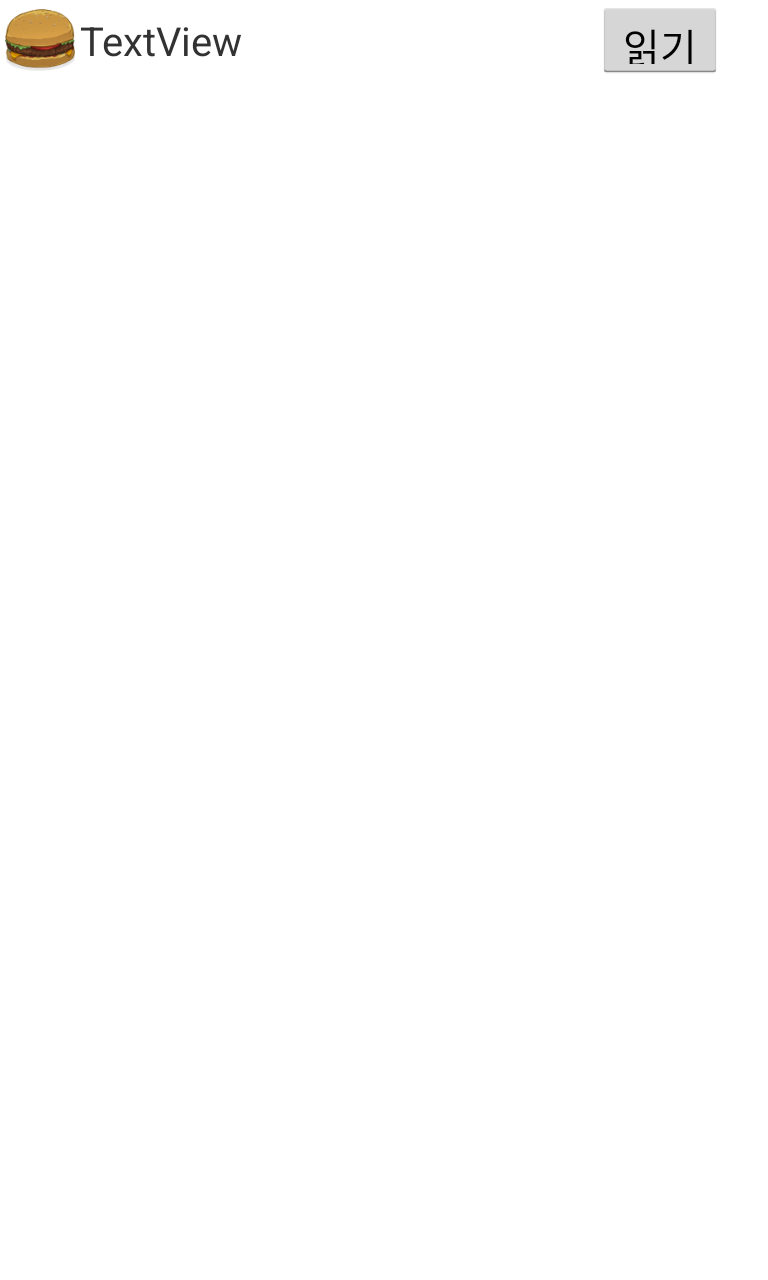
Repository: OnionLord/BurgerWIKI
Layout: burgerDicApp/BurgerDictionary/res/layout/burgeritem.xml
These files come from the project's save history. The layout is drawn as it stood at one moment and after the next save; the edit follows.
It is drawn on a 768 x 1280 px phone screen (xhdpi) without system bars, with theme AppTheme; the app's code is not run.

Above is the layout before, as saved 2014-11-07 16:15:05.

After the next save:
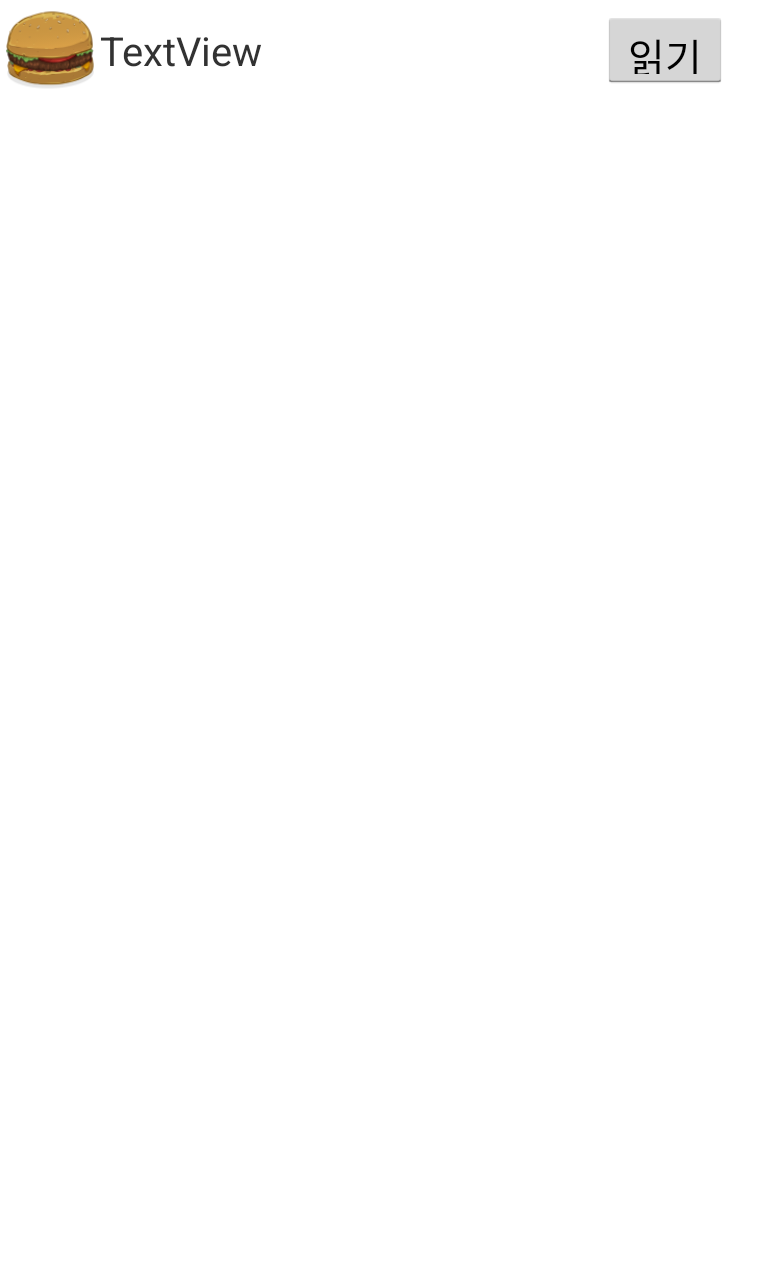
Saved 5 s later.
--- a/burgerDicApp/BurgerDictionary/res/layout/burgeritem.xml
+++ b/burgerDicApp/BurgerDictionary/res/layout/burgeritem.xml
@@ -10,8 +10,8 @@
 
         <ImageView
             android:id="@+id/imageView1"
-            android:layout_width="40dp"
-            android:layout_height="40dp"
+            android:layout_width="50dp"
+            android:layout_height="50dp"
             android:src="@drawable/ic_launcher" />
 
         <TextView
